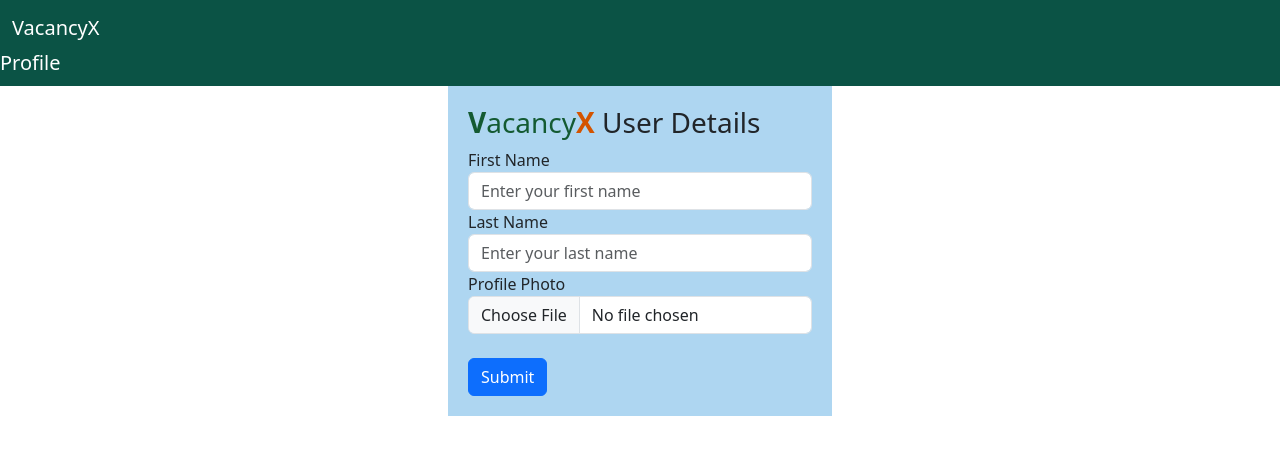
Repository: zipArk99/Vacancy-portal-serv
Page: http://localhost/VacancyPortal/userdetail_form.jsp
These files come from the project's save history. The page is drawn as it stood at one moment and after the next save; the edit follows.
The browser window is 1280 px wide. The pictures show the whole page.
The page is served by Tomcat 9. Other server files are loaded and not shown.

Above is the page before, as saved 2024-08-20 09:26:00.

### VacancyPortal/src/main/webapp/userdetail_form.jsp
<%@ page language="java" contentType="text/html; charset=UTF-8"
	pageEncoding="UTF-8"%>
<%@ taglib prefix="c" uri="http://java.sun.com/jsp/jstl/core" %>
<!DOCTYPE html>
<html>
<head>
<meta charset="UTF-8">
<title>User Detail</title>
</head>
<body>
	<%@ include file="header.jsp"%>

	<div
		style="width: 30%; margin: auto; background-color: #aed6f1; padding: 20px;">
		<form action="/VacancyPortal/user/userdetail" method="post">
			<h3>
				<span style="color: #145a32"><b>V</b>acancy</span><span
					style="color: #d35400;"><b>X</b></span> User Details
			</h3>

			<input type="hidden" value="${userEmail}" name="useremail">

			<div class="form-group">
				<label for="fnameId">First Name</label> <input type="text"
					name="fname" class="form-control" id="fnameId"
					value="${param.fname}" aria-describedby="emailHelp"
					placeholder="Enter your first name"> <span
					style="color: red;"><c:out
						value="${requestScope.userDetailValidation['firstName']}"></c:out> </span>
			</div>
			<div class="form-group">
				<label for="lnameId">Last Name</label> <input name="lname"
					type="text" class="form-control" id="lnameId"
					value="${param.lname}" placeholder="Enter your last name">
				<span style="color: red;"><c:out
						value="${requestScope.userDetailValidation['lastName']}"></c:out> </span>
			</div>
			<div class="form-group">
				<label for="profileId">Profile Photo</label> <input type="file"
					name="profile" class="form-control" id="profileId"
					value="${param.profile}" aria-describedby="emailHelp"> <span
					style="color: red;"><c:out
						value="${requestScope.userDetailValidation['profile']}"></c:out> </span>
			</div>
			<br>
			<button type="submit" class="btn btn-primary">Submit</button>
		</form>
	</div>
</body>
</html>

### VacancyPortal/src/main/webapp/header.jsp
<%@ page language="java" contentType="text/html; charset=UTF-8"
    pageEncoding="UTF-8"%>
<!DOCTYPE html>
<html>
  <head>
    <meta charset="utf-8">
    <meta name="viewport" content="width=device-width, initial-scale=1">
    <title>Bootstrap demo</title>
    <link href="https://cdn.jsdelivr.net/npm/bootstrap@5.3.3/dist/css/bootstrap.min.css" rel="stylesheet" integrity="sha384-QWTKZyjpPEjISv5WaRU9OFeRpok6YctnYmDr5pNlyT2bRjXh0JMhjY6hW+ALEwIH" crossorigin="anonymous">
  </head>
<body>

<nav class="navbar navbar-dark" style="background-color: #0b5345">
  <div class="container-fluid">
    <a class="navbar-brand" href="#">
      VacancyX
    </a>
  </div>
  <div>
  <a class="navbar-brand" href="#">Profile</a>

  </div>
</nav>
</body>
</html>

After the next save:
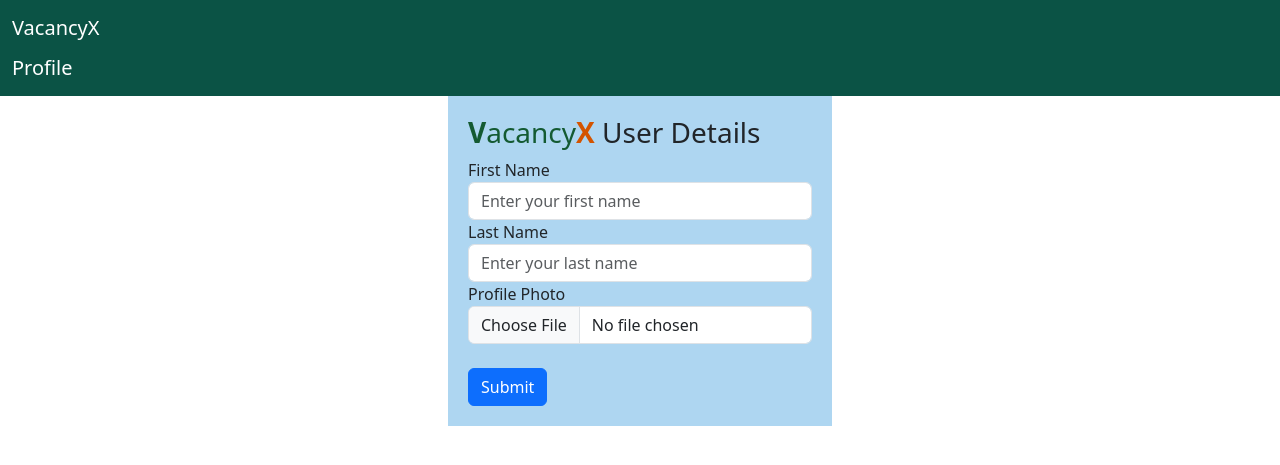
Saved 19 s later.
--- a/VacancyPortal/src/main/webapp/header.jsp
+++ b/VacancyPortal/src/main/webapp/header.jsp
@@ -16,9 +16,8 @@
       VacancyX
     </a>
   </div>
-  <div>
+  <div  class="container-fluid">
   <a class="navbar-brand" href="#">Profile</a>
-
   </div>
 </nav>
 </body>
